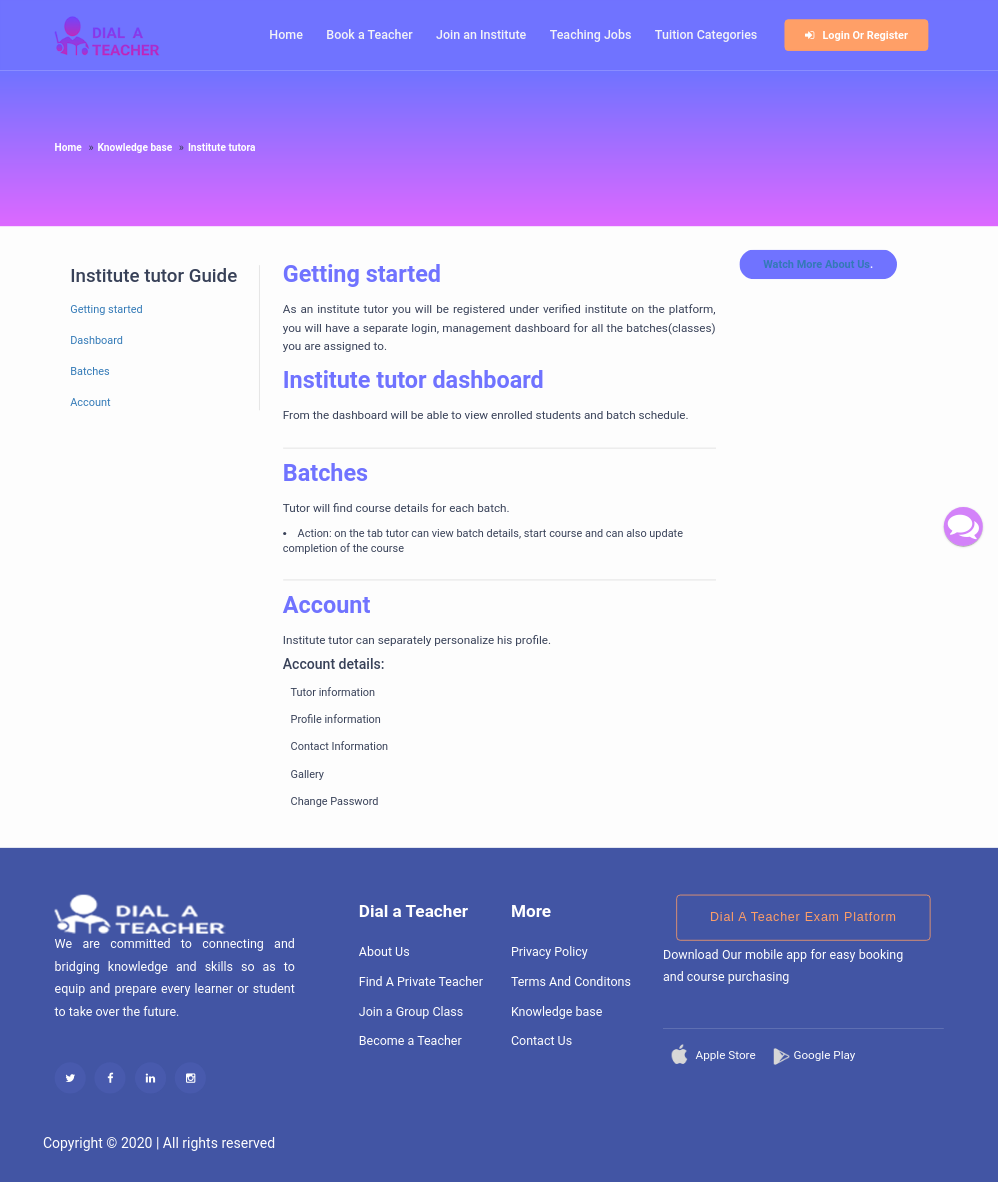
Repository: Samkiroko/DAT_knowledge
Page: knowledge_base/Institute_tutor.html
These files come from the project's save history. The page is drawn as it stood at one moment and after the next save; the edit follows.
The browser window is 1280 px wide. The pictures show the whole page, at 78% of full size.

Above is the page before, as saved 2020-12-20 16:13:29.
Console error: TypeError: $(...).magnificPopup is not a function

### knowledge_base/Institute_tutor.html
<!DOCTYPE html>
<html lang="en" dir="ltr">


  <!-- Mirrored from dialateacher.co.ke/faqs by HTTrack Website Copier/3.x [XR&CO'2014], Sat, 12 Dec 2020 12:13:42 GMT -->
  <!-- Added by HTTrack -->
  <meta http-equiv="content-type" content="text/html;charset=UTF-8" /><!-- /Added by HTTrack -->

  <head>
    <title>
      Dial a Teacher</title>
    <meta charset="utf-8">
    <meta http-equiv="X-UA-Compatible" content="IE=edge">
    <meta name="viewport" content="width=device-width, initial-scale=1">

    <meta name="description" content="Test Meta Description Value">

    <meta name="keywords" content="Test Meta Keyword Value ">
    <meta name="author" content="">
    <link rel="shortcut icon" href="/assets/uploads/settings/thumbs/setting_152.png" />



    <!-- HTML5 Shim and Respond.js IE8 support of HTML5 elements and media queries -->
    <!-- WARNING: Respond.js doesn't work if you view the page via file:// -->
    <!--[if lt IE 9]>
           <script src="https://oss.maxcdn.com/libs/html5shiv/3.7.0/html5shiv.js"></script>
           <script src="https://oss.maxcdn.com/libs/respond.js/1.4.2/respond.min.js"></script>
       <![endif]-->

    <link rel="shortcut icon" href="/assets/uploads/settings/thumbs/setting_152.png" />

    <link rel="stylesheet" type="text/css" href="/assets/front/css/main.css">


    <!-- video -->
    <script type="text/javascript" src="https://code.jquery.com/jquery-1.12.1.min.js"></script>
    <script src="https://cdnjs.cloudflare.com/ajax/libs/magnific-popup.js/1.1.0/jquery.magnific-popup.js"></script>
    <link rel="stylesheet" href="https://cdnjs.cloudflare.com/ajax/libs/magnific-popup.js/1.1.0/magnific-popup.css" />
    <!-- end video -->
  </head>

  <body>
    <!-- Preloader -->
    <!-- <div id="preloader">
        <div id="status">&nbsp;</div>
    </div> -->
    <!-- Ends Preloader -->
    <!-- Nagigation -->
    <nav class="navbar navbar-default yamm">
      <div class="container">
        <!-- Brand and toggle get grouped for better mobile display -->
        <div class="navbar-header">
          <button type="button" class="navbar-toggle" data-toggle="collapse" data-target="#mega-nav-menu">
            <span class="sr-only">Toggle navigation</span>
            <span class="icon-bar"></span>
            <span class="icon-bar"></span>
            <span class="icon-bar"></span>
          </button>

          <a href="index.html"><img src="/assets/uploads/settings/setting_35.png" class="logo " alt="logo"></a>
        </div>

        <!-- Collect the nav links, mega-menu, vertical-menu and other content for toggling -->
        <div class="collapse navbar-collapse" id="mega-nav-menu">
          <ul class="nav navbar-nav navbar-right">
            <li><a class="" href="index.html"> Home </a></li>

            <li><a class="" href="search-tutor.html"> Book a Teacher </a></li>

            <li><a class="" href="search-institute.html"> Join an Institute </a></li>

            <li><a class="" href="search-student-leads.html" title="Find Student Leads"> Teaching Jobs </a>
            </li>



            <li><a class="" href="courses.html"> Tuition Categories</a></li>


            <li>
              <a href="auth/login.html"> <span class="nav-btn"> <i class="fa  fa-sign-in"></i> &nbsp;
                  Login <span class="hidden-navbtn">Or Register</span></span>
              </a>
            </li>

          </ul>
        </div>
        <!-- /.navbar-collapse -->
      </div>
    </nav>
    <!-- Ends Navigation -->
    <!-- breadcrumb Start-->
    <!-- slider Area Start-->
    <section class="slider-area slider-area2">
      <div class="slider-active">
        <!-- Single Slider -->
        <div class="single-slider slider-height2">
          <div class="container">
            <div class="row">
              <div class="col-xl-8 col-lg-11 col-md-12">
                <div class="hero__caption hero__caption2">
                  <!-- breadcrumb Start-->
                  <nav aria-label="breadcrumb">
                    <ol class="breadcrumb">
                      <li class="breadcrumb-item text-white">
                        <a href="/index.html" class="text-white">
                          Home
                        </a>
                      </li>
                      <li class="breadcrumb-item"><a href="/faqs.html" class="text-white">Knowledge base</a></li>
                      <li class="breadcrumb-item"><a href="/knowledge_base/Institute_tutor.html"
                          class="text-white">Institute tutora</a>
                      </li>
                    </ol>
                  </nav>
                  <!-- breadcrumb End -->
                </div>
              </div>
            </div>
          </div>
        </div>
      </div>
    </section>
    <!-- breadcrumb End -->
    <!--===============================
   !--=====================================
=            article-section            =
======================================-->
    <div class="mwb-article-section section mt-5" id="article-section">
      <div class="container">
        <div class="mwb-article-section__wrapper">
          <div class="row">
            <div class="col-lg-3 col-md-3 col-sm-3 col-xs-12 position-sticky">
              <div class="mwb-admin-wrap__category-list">
                <h3>Institute tutor Guide</h3>
                <ul class="mwb-admin-wrap__list-items">
                  <li class="mwb-admin-wrap__items">
                    <a href="#sec1">Getting started</a>
                  </li>
                  <li class="mwb-admin-wrap__items">
                    <a href="#sec2">Dashboard</a>
                  </li>
                  <li class="mwb-admin-wrap__items">
                    <a href="#sec3">Batches</a>
                  </li>
                  <li class="mwb-admin-wrap__items">
                    <a href="#sec3">Account</a>
                  </li>
                </ul>
              </div>
            </div>
            <div class="col-lg-6 col-md-6 col-sm-6 col-xs-12">

              <div class="mwb-article-section__content-wrap" id="sec1">
                <h2>Getting started </h2>
                <p>As an institute tutor you will be registered under verified institute on the
                  platform, you will have
                  a separate login, management dashboard for all the batches(classes) you are assigned to.</i></b>
                <div class="mwb-article-section__content-wrap" id="sec2">
                  <h2>Institute tutor dashboard</h2>
                  <p>From the dashboard will be able to view enrolled students and batch schedule.</p>
                </div>
                <div class="mwb-article-section__content-wrap" id="sec3">
                  <h2>Batches</h2>
                  <p>
                    Tutor will find course details for each batch.
                    <li>Action:<b></b> on the tab tutor can view batch details, start course and can
                      also update
                      completion of the
                      course</li>
                  </p>
                </div>
                <div class="mwb-article-section__content-wrap" id="sec4">
                  <h2>Account</h2>
                  <p>Institute tutor can separately personalize his profile.</p>
                  <h4>Account details:</h4>
                  <ul class="mwb-article-section__ordr-list">
                    <li>Tutor information</li>
                    <li>Profile information</li>
                    <li>Contact Information</li>
                    <li>Gallery</li>
                    <li>Change Password </li>
                  </ul>

                </div>
              </div>
            </div>
            <div class="col-lg-3 col-md-3 col-sm-3 col-xs-12" id="myScrollspy">
              <div class="dist-menu-tab-fix">
                <button type="button" class="mwb-primary-btn mwb-documentation-section__btn">
                  <a href="https://www.youtube.com/watch?v=dAyfk6sqPcY" class="popup-youtube">Watch More About
                    Us</a>.</button>
              </div>
            </div>
          </div>
        </div>
      </div>
    </div>
    <!--====  End of article-section  ====-->
    <!-- Footer -->
    <footer>
      <div class="footer-wrappper footer-bg">
        <!-- Footer Start-->
        <div class="footer-area footer-padding">
          <div class="container">
            <div class="row justify-content-between">
              <div class="col-xl-3 col-lg-4 col-md-3 col-sm-5">
                <div class="single-footer-caption mb-50">
                  <div class="single-footer-caption mb-30">
                    <!-- logo -->
                    <div class="footer-logo mb-25">
                      <a href="index.html"><img src="assets/front/images/logo/logo2_footer.png" alt=""></a>
                    </div>
                    <div class="footer-tittle">
                      <div class="footer-pera">
                        <p>We are committed to connecting and bridging knowledge and
                          skills so as to equip and prepare every learner or student to
                          take
                          over the future.</p>
                      </div>
                    </div>
                    <!-- social -->
                    <div class="footer-social">
                      <a href="#"><i class="fa fa-twitter"></i></a>
                      <a href="#"><i class="fa fa-facebook-f"></i></a>
                      <a href="#"><i class="fa fa-linkedin"></i></a>
                      <a href="#"><i class="fa fa-instagram"></i></a>
                    </div>
                  </div>
                </div>
              </div>
              <div class="col-xl-1 col-lg-2 col-md-2 col-sm-3">
                <div class="single-footer-caption mb-50">
                  <div class="footer-tittle">
                    <h4>Dial a Teacher</h4>
                    <ul>
                      <li><a href="about-us.html">About Us</a></li>
                      <li><a href="search-tutor.html">Find A Private Teacher</a></li>
                      <li><a href="search-institute.html">Join a Group Class</a></li>
                      <li><a href="auth/login.html">Become a Teacher</a></li>
                    </ul>
                  </div>
                </div>
              </div>
              <div class="col-xl-1 col-lg-2 col-md-3 col-sm-3">
                <div class="single-footer-caption mb-50">
                  <div class="footer-tittle">
                    <h4>More</h4>
                    <ul>
                      <li><a href="home/terms-and-conditions.html">Privacy Policy</a></li>
                      <li><a href="home/terms-and-conditions.html">Terms And Conditons</a>
                      </li>
                      <li><a href="faqs.html">Knowledge base</a></li>
                      <li><a href="contact-us.html">Contact Us</a></li>
                    </ul>
                  </div>
                </div>
              </div>
              <div class="col-xl-2 col-lg-4 col-md-4 col-sm-6">
                <div class="single-footer-caption mb-50">
                  <div class="single-footer-caption mb-30">
                    <div class="row justify-content-start">
                      <div class="col-xl-12">
                        <div class="section-tittle text-center mt-20">
                          <a href="https://exam.dialateacher.co.ke/" class="border-btn">Dial A
                            Teacher Exam platform</a>
                        </div>
                      </div>
                    </div>
                    <div class="footer-tittle">
                      <div class="footer-pera text-center">
                        <p>Download Our mobile app for easy booking and course purchasing
                        </p>
                      </div>
                    </div>
                    <!-- social -->
                    <div class="footer-appdownload">
                      <hr class="footer-hr hidden-xs">
                      <a href="https://itunes.apple.com/in/genre/ios/id36?mt=8" target="_blank"><img
                          src="assets/front/images/icn-istore.png" alt="IOS app link"> Apple Store</a>

                      <a href="https://play.google.com/store?hl=en" target="_blank"><img
                          src="assets/front/images/icn-playstore.png" alt="Android app link">Google Play</a>
                    </div>
                  </div>
                </div>
              </div>
            </div>
          </div>
        </div>
        <!-- footer-bottom area -->
        <div class="footer-bottom-area">
          <div class="container">
            <div class="footer-border">
              <div class="row d-flex align-items-center">
                <div class="col-xl-12 ">
                  <div class="footer-copy-right text-center">
                    <p>
                      Copyright &copy;
                      <script>document.write(new Date().getFullYear());</script> | All rights
                      reserved
                    </p>
                  </div>
                </div>
              </div>
            </div>
          </div>
        </div>
        <!-- Footer End-->
      </div>
    </footer>
    <!-- Ends Footer -->


    <!-- Scroll Up -->
    <div class="form-box " id="myDIV">
      <h2 class="login-header"><i class="far fa-comment-dots icon"></i>Support Center</h2>
      <div class="test">
        <form class="formInput">
          <div>
            <input type="text" required id="test">
            <label class="inputLabel">Name</label>
          </div>

          <div>
            <input type="text" id="numberText" required>
            <label class="inputLabel">Mobile No.</label>
          </div>
          <div>
            <input type="text" required>
            <label class="inputLabel">Message</label>
          </div>
          <div>
            <input type="file" id="inputFile" required><label id="labelFile" for="inputFile">
              <i class="far fa-file-image" id="iconPhoto"></i>Choose a Photo</label>
          </div>

          <p id="legal">Will get back to you within 24hr. Have a good one. </p>
          <input type="submit" value="Send" id="submitButt" class="active">
        </form>
      </div>
      <div class="footer"></div>
    </div>
    <button class="floating-btn" onclick="myFunction()">
      <i class="fa fa-comments"></i>
    </button>
    <script src="https://ajax.googleapis.com/ajax/libs/jquery/3.4.1/jquery.min.js"></script>
    <script>
      $('#submitButt').click(function () {
        $(this).toggleClass('active');
      });
      $(function () {
        $("#test").focus();
      });
      document.querySelector('.floating-btn').addEventListener('click', function (e) {
        e.target.closest('button').classList.toggle('clicked');
      });

      function myFunction() {
        var x = document.getElementById("myDIV");
        console.log(x);
        console.log(x.classList.contains('open'));
        if (x.classList.contains('open')) {
          x.classList.remove("open");
        } else {
          x.classList.add("open");
          document.getElementById("test").focus();

        }
      }
    </script>
    <!-- Scroll Up end -->




    <!-- Script files -->
    <script src="assets/front/js/jquery.js"></script>

    <link rel="stylesheet" href="assets/front/css/jquery-ui.css">
    <script src="assets/front/js/jquery-ui.js"></script>
    <script>
      $(function () {
        $(".custom_accordion").accordion({
          heightStyle: "content"
        });
      });
    </script>



    <!--Bootstrap Page-->
    <script src="assets/front/js/bootstrap.min.js"></script>
    <!--Profile Page-->
    <script src="/assets/front/js/marquee.js"></script>
    <script src="/assets/front/js/videod.js"></script>
    <script src="/assets/front/js/jquery.magnific-popup.min.js"></script>
    <script type="text/javascript" src="assets/front/js/flatpickr.min.js"></script>

    <script type="text/javascript" src="assets/front/js/select2.min.js"></script>
    <script type="text/javascript" src="assets/front/js/owl.carousel.min.js"></script>
    <script type="text/javascript" src="assets/front/js/jRate.min.js"></script>
    <script type="text/javascript" src="assets/front/js/jquery.magnific-popup.js"></script>
    <script type="text/javascript" src="assets/front/js/jquery.smartmenus.js"></script>
    <script type="text/javascript" src="assets/front/js/jquery.smartmenus.bootstrap.js"></script>
    <script type="text/javascript" src="assets/front/js/flexgrid.js"></script>
    <script type="text/javascript" src="assets/front/js/countUp.js"></script>
    <script type="text/javascript" src="assets/front/js/jquery.dataTables.min.js"></script>
    <!-- Custom Script -->
    <script type="text/javascript" src="assets/front/js/main.js"></script>

    <!--Gallery-->
    <script type="text/javascript" src="assets/front/js/fileinput.min.js"></script>


    <!--COntact us page-->
    <!--script type="text/javascript" src="https://maps.googleapis.com/maps/api/js?key=AIzaSyC-h5q6y2eBfFV5X7QV6Z5mrFFU2s97XJs&sensor=false"></script>
<script>
$(document).ready(function () {
    "use strict";

    function e() {
        var e = {
                center: a,
                zoom: 10,
                /*scrollwheel:!0*/
                scrollwheel: false,
                mapTypeId: google.maps.MapTypeId.ROADMAP,
                styles: [{
                    featureType: "landscape",
                    stylers: [{
                        hue: "#FFBB00"
                }, {
                        saturation: 43.400000000000006
                }, {
                        lightness: 37.599999999999994
                }, {
                        gamma: 1
                }]
            }, {
                    featureType: "road.highway",
                    stylers: [{
                        hue: "#FFC200"
                }, {
                        saturation: -61.8
                }, {
                        lightness: 45.599999999999994
                }, {
                        gamma: 1
                }]
            }, {
                    featureType: "road.arterial",
                    stylers: [{
                        hue: "#FF0300"
                }, {
                        saturation: -100
                }, {
                        lightness: 51.19999999999999
                }, {
                        gamma: 1
                }]
            }, {
                    featureType: "road.local",
                    stylers: [{
                        hue: "#FF0300"
                }, {
                        saturation: -100
                }, {
                        lightness: 52
                }, {
                        gamma: 1
                }]
            }, {
                    featureType: "water",
                    stylers: [{
                        hue: "#0078FF"
                }, {
                        saturation: -13.200000000000003
                }, {
                        lightness: 2.4000000000000057
                }, {
                        gamma: 1
                }]
            }, {
                    featureType: "poi",
                    stylers: [{
                        hue: "#00FF6A"
                }, {
                        saturation: -1.0989010989011234
                }, {
                        lightness: 11.200000000000017
                }, {
                        gamma: 1
                }]
            }]

            },
            t = new google.maps.Map(document.getElementById("tutors_map"), e),
            s = {
                url: "assets/front/images/logo_google_map.png"
            },
            o = new google.maps.Marker({
                position: a,
                map: t,
                icon: s,
                animation: google.maps.Animation.BOUNCE
            });
        o.setMap(t);
        var n = new google.maps.InfoWindow({
            content: "<strong>Westland, peponi Rd <br> Westlands, Nairobi 00606</strong>"
        });
        google.maps.event.addListener(o, "click", function () {
            n.open(t, o)
        })
    }
    var a;
    a = new google.maps.LatLng("17.4459764", "78.38607860000002"), google.maps.event.addDomListener(window, "load", e), a = new google.maps.LatLng("17.4459764", "78.38607860000002")
});
</script-->


    <script>
      $(function () {
        $(".stu-certificate").attr("target", "_blank");
      });
    </script>


  </body>


  <!-- Mirrored from dialateacher.co.ke/faqs by HTTrack Website Copier/3.x [XR&CO'2014], Sat, 12 Dec 2020 12:13:42 GMT -->

</html>

### assets/front/css/main.css
@import url('font-awesome.min.css');
@import url('bootstrap.min.css');
@import url('select2.min.css');
@import url('owl.carousel.min.css');
@import url('owl.theme.default.min.css');
@import url('magnific-popup.css');
@import url('jquery.smartmenus.bootstrap.css');
@import url('jquery.dataTables.min.css');
@import url('flatpickr.min.css');
@import url('sateesh-style.css');
@import url('video-js.css');
@import url('colorbox.css');
@import url('sateesh-bootstrap.min.css');
@import url('sateesh-new-style.css');
@import url('document.css');

Loaded but not shown: assets/front/css/font-awesome.min.css (library); assets/front/css/bootstrap.min.css (library); assets/front/css/select2.min.css (library); assets/front/css/owl.carousel.min.css (library); assets/front/css/owl.theme.default.min.css (common file); assets/front/css/magnific-popup.css (library); assets/front/css/jquery.smartmenus.bootstrap.css (library); assets/front/css/jquery.dataTables.min.css (library); assets/front/css/flatpickr.min.css (library); assets/front/css/sateesh-bootstrap.min.css (library); assets/front/css/jquery-ui.css (library); assets/front/js/jquery-ui.js (library); assets/front/js/bootstrap.min.js (library); assets/front/js/marquee.js (library); assets/front/js/jquery.magnific-popup.min.js (library); assets/front/js/flatpickr.min.js (library); assets/front/js/select2.min.js (library); assets/front/js/owl.carousel.min.js (library); assets/front/js/jRate.min.js (library); assets/front/js/jquery.magnific-popup.js (library); assets/front/js/jquery.smartmenus.js (library); assets/front/js/jquery.smartmenus.bootstrap.js (library); assets/front/js/flexgrid.js (library); assets/front/js/jquery.dataTables.min.js (library); assets/front/js/fileinput.min.js (library); assets/front/js/main.js (358 lines, source omitted); assets/front/js/countUp.js (196 lines, source omitted); assets/front/js/videod.js (9 lines, source omitted); assets/front/css/sateesh-new-style.css (7945 lines, source omitted); assets/front/css/sateesh-style.css (7940 lines, source omitted); assets/front/css/video-js.css (1400 lines, source omitted); assets/front/css/document.css (1379 lines, source omitted); assets/front/css/colorbox.css (75 lines, source omitted); assets/front/images/footer-bg.html (54 lines, source omitted); assets/front/js/jquery.js (no copy from this time; the picture is the same without it)

After the next save:
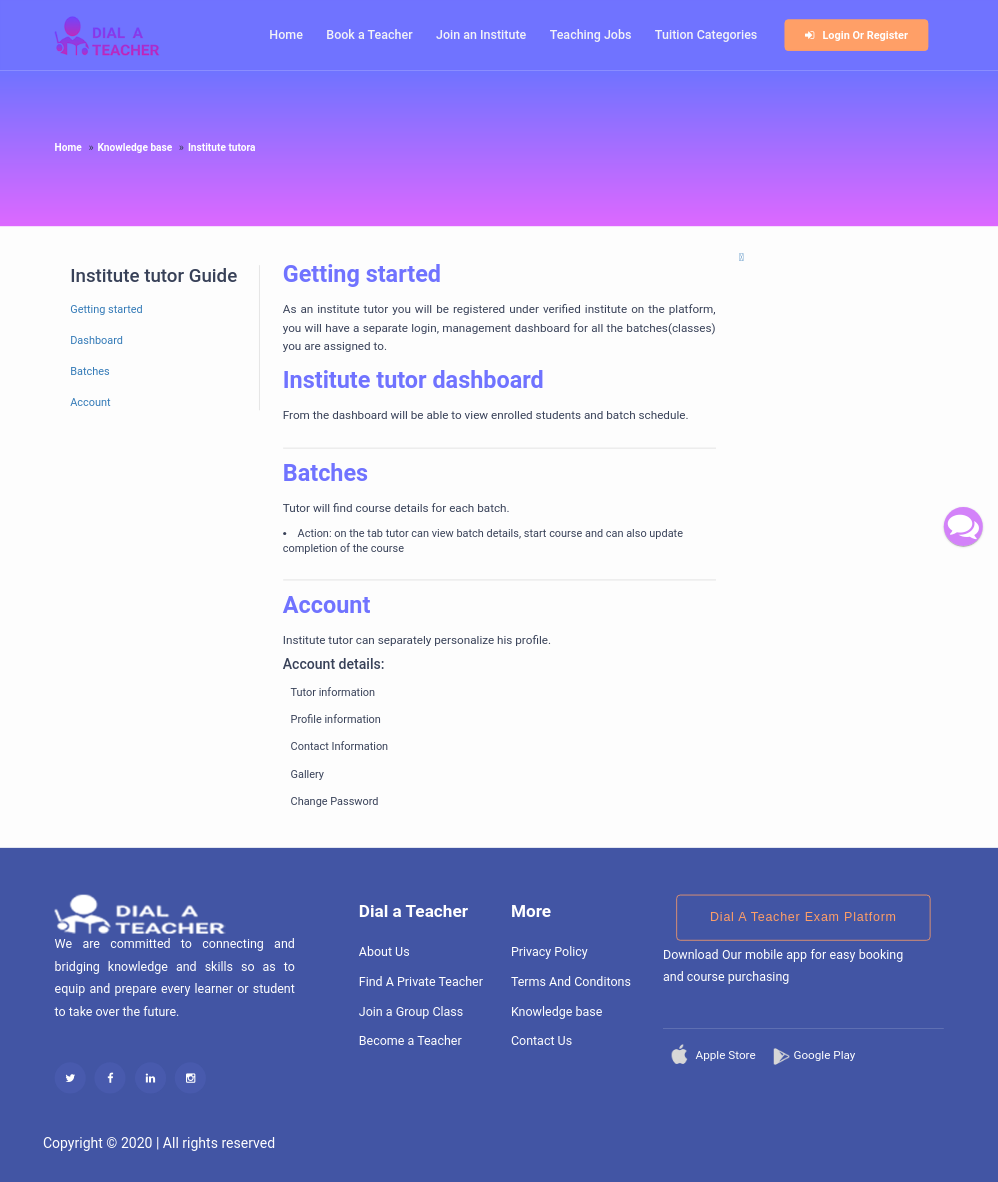
Saved 4 min 52 s later.
--- a/knowledge_base/Institute_tutor.html
+++ b/knowledge_base/Institute_tutor.html
@@ -188,9 +188,10 @@
             </div>
             <div class="col-lg-3 col-md-3 col-sm-3 col-xs-12" id="myScrollspy">
               <div class="dist-menu-tab-fix">
-                <button type="button" class="mwb-primary-btn mwb-documentation-section__btn">
-                  <a href="https://www.youtube.com/watch?v=dAyfk6sqPcY" class="popup-youtube">Watch More About
-                    Us</a>.</button>
+                <div class="video-icon">
+                  <a class="popup-video btn-icon" href="https://www.youtube.com/watch?v=up68UAfH0d0"><i
+                      class="fas fa-play"></i></a>
+                </div>
               </div>
             </div>
           </div>
